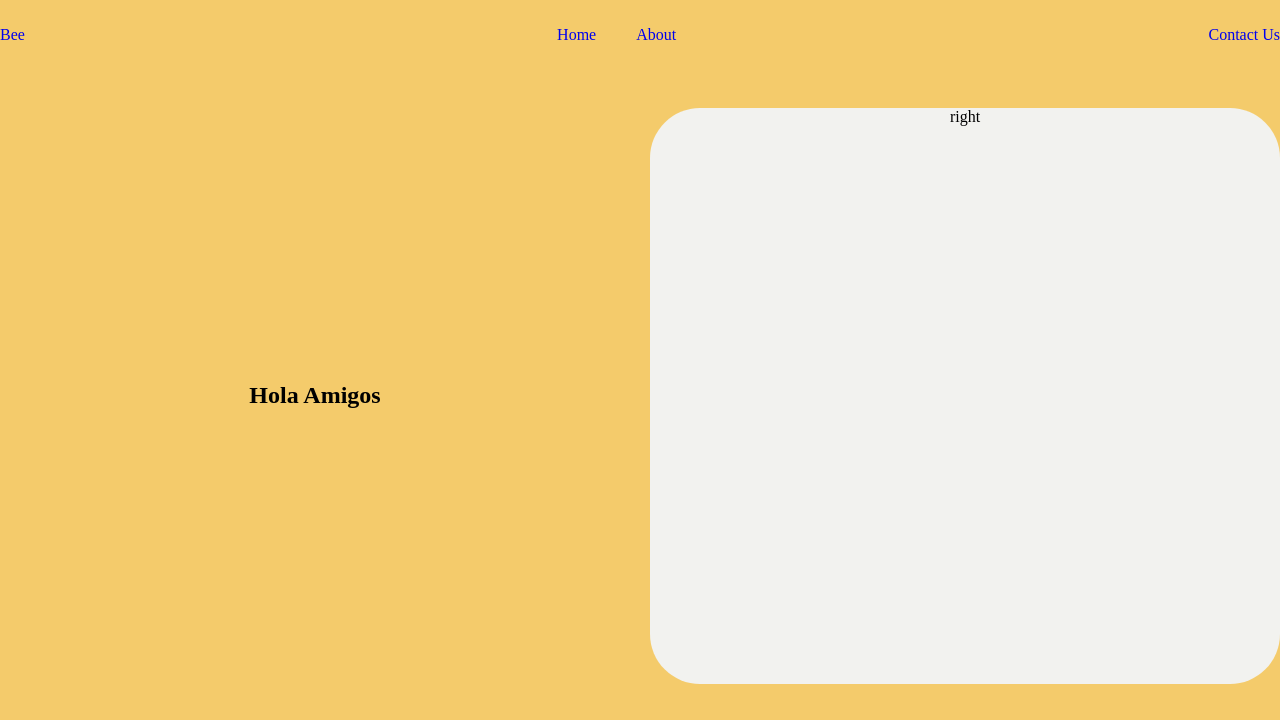
Repository: ble-syn/Random-user-generator-app
Page: /
An editor plug-in stored every save of this project. The page is shown before and after the next save, followed by the edit.
The browser window is 1280 px wide. The pictures show the whole page.
The project was rebuilt for these pictures with package versions that can differ from the ones it lists, and the page was loaded fresh each time. Also part of the build but not shown: src/pages/About.jsx, src/pages/Policy.jsx, src/pages/Terms.jsx, src/pages/Contact.jsx, src/pages/NotFound.jsx.

Above is the page before, as saved 2022-10-26 00:39:48.

### src/index.css
*{
  margin: 0;
  padding: 0;
  box-sizing: border-box;
}
a {
  text-decoration: none;
}

body {
  background-color: #F4CB6B;
}
.container {
  width: 100%;
  max-width: 1300px;
  margin: 0 auto;

  text-align: center;
}

nav {
  display: flex;
  justify-content: space-between;
  margin: 2% 0 5%;
}
.menu {
  margin: 0 20px;
}

.home-container{
  display: flex;
  align-items: center;
  justify-content: center;
}
#left {
  flex: 5;
}
#right{
  height: 80vh;
 flex: 5;
  margin-left: 20px;
  background-color: #F2F2EF;
  border-radius: 50px;
}

### src/App.js
import { BrowserRouter as Router, Routes, Route, Navigate} from "react-router-dom";
import Navbar from "./components/Navbar";
import Home from "./pages/Home";
import About from "./pages/About";
import Policy from "./pages/Policy";
import Terms from "./pages/Terms";
import Contact from "./pages/Contact";
import NotFound from "./pages/NotFound";

function App() {
  return (
    <div className="container">
      <Router>
      <Navbar />
        <Routes>
          <Route path="/" element={<Home />} />
          <Route path="/about" element={<About />}>
            <Route path="policy" element={<Policy />} />
            <Route path="terms" element={<Terms />} />
          </Route>
          <Route path="/contact" element={<Contact />} />
          <Route path="/not-found" element={<NotFound />} />
          <Route path="*" element={<Navigate to="/not-found" />} />
        </Routes>
      </Router>

    </div>
  );
}

export default App;

### src/components/Navbar.jsx
import React from "react";
import { Link } from "react-router-dom";

function Navbar() {
    return (
      <nav className="header">
        <div className="logo">
          <Link to="/">Bee</Link>
        </div>


        <div>
            <Link to="/about" className="menu">Home</Link>

            <Link to="/contact" className="menu">About</Link>
        </div>
        <div>
            <Link to="/">Contact Us</Link>
        </div>
      </nav>
    );
  }

export default Navbar;

### src/pages/Home.jsx
import React from "react";

function Home() {
  return (
    <div className="home-container">
      <div id="left">
        <h2>Hola Amigos</h2>
      </div>
      <div id="right">
        right
      </div>
    </div>
  );
}

export default Home;

Loaded but not shown: public/index.html (common file); src/index.js (common file); src/reportWebVitals.js (common file)

After the next save:
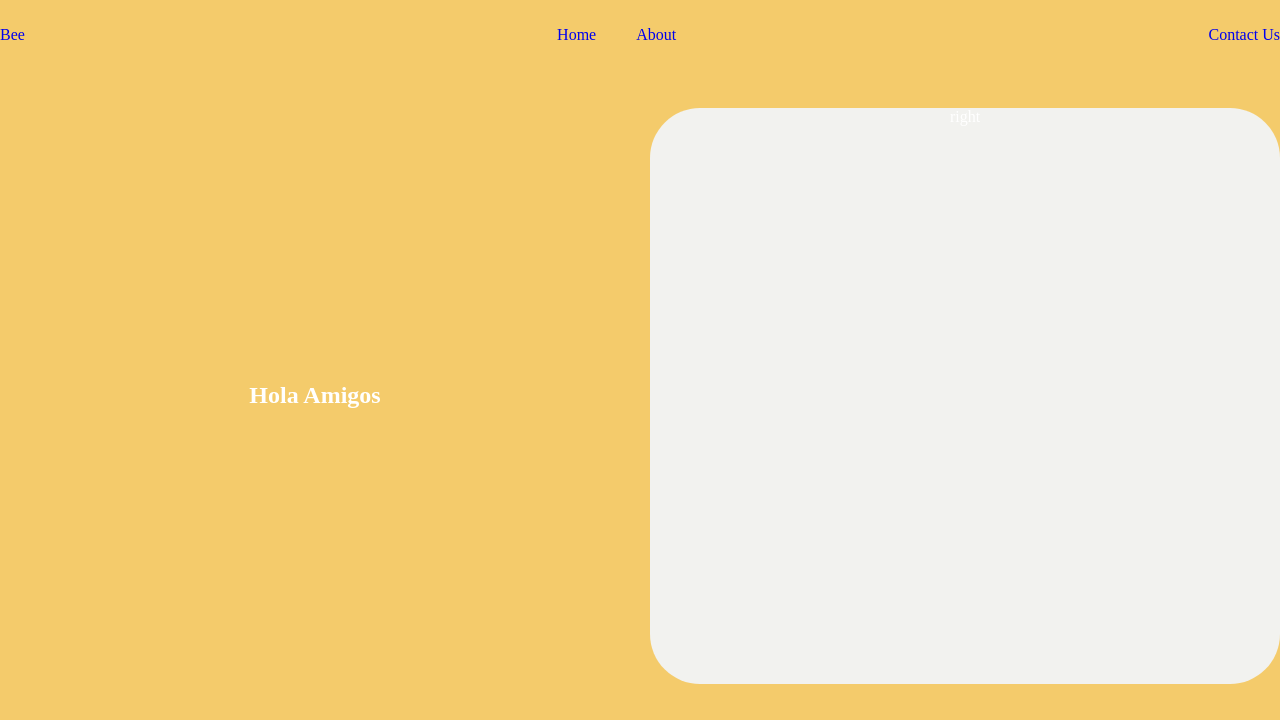
Saved 40 s later.
--- a/src/index.css
+++ b/src/index.css
@@ -9,6 +9,7 @@
 
 body {
   background-color: #F4CB6B;
+  color: #FFF;
 }
 .container {
   width: 100%;

After the 2 saves that followed:
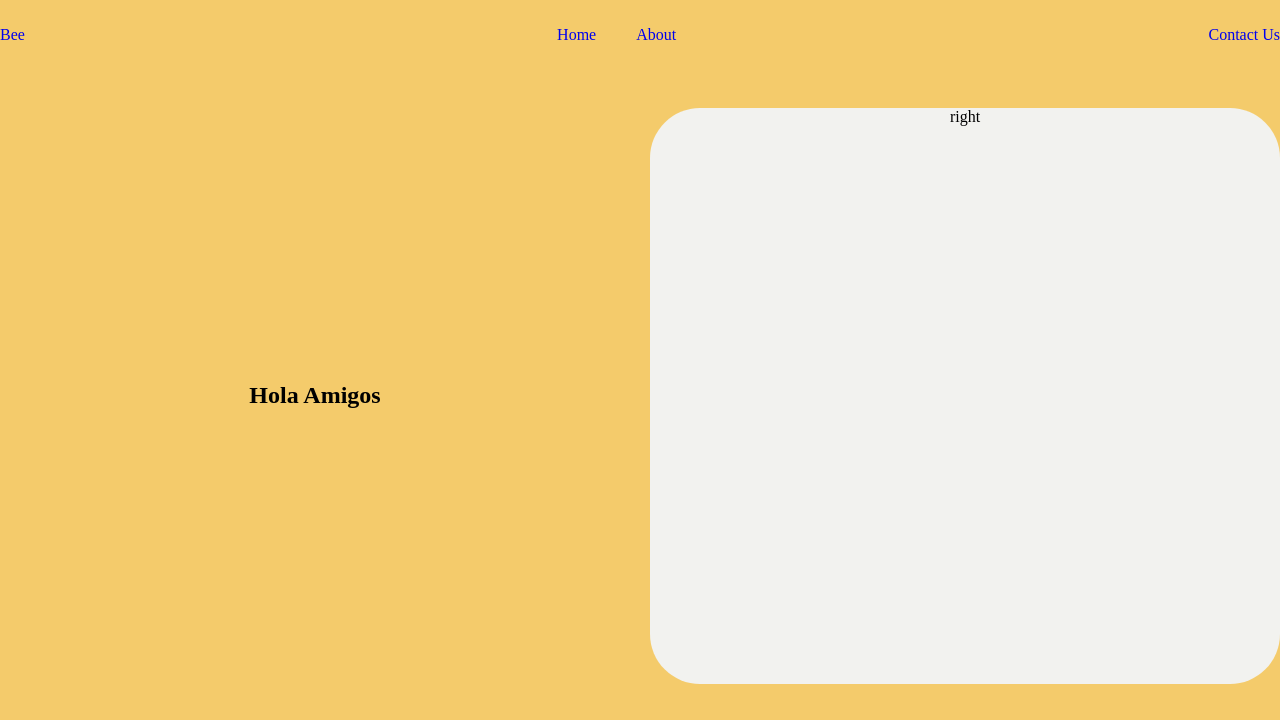
The 2 saves are shown as one change because they came seconds apart.
The last was saved 21 s later.
--- a/src/index.css
+++ b/src/index.css
@@ -9,7 +9,6 @@
 
 body {
   background-color: #F4CB6B;
-  color: #FFF;
 }
 .container {
   width: 100%;
